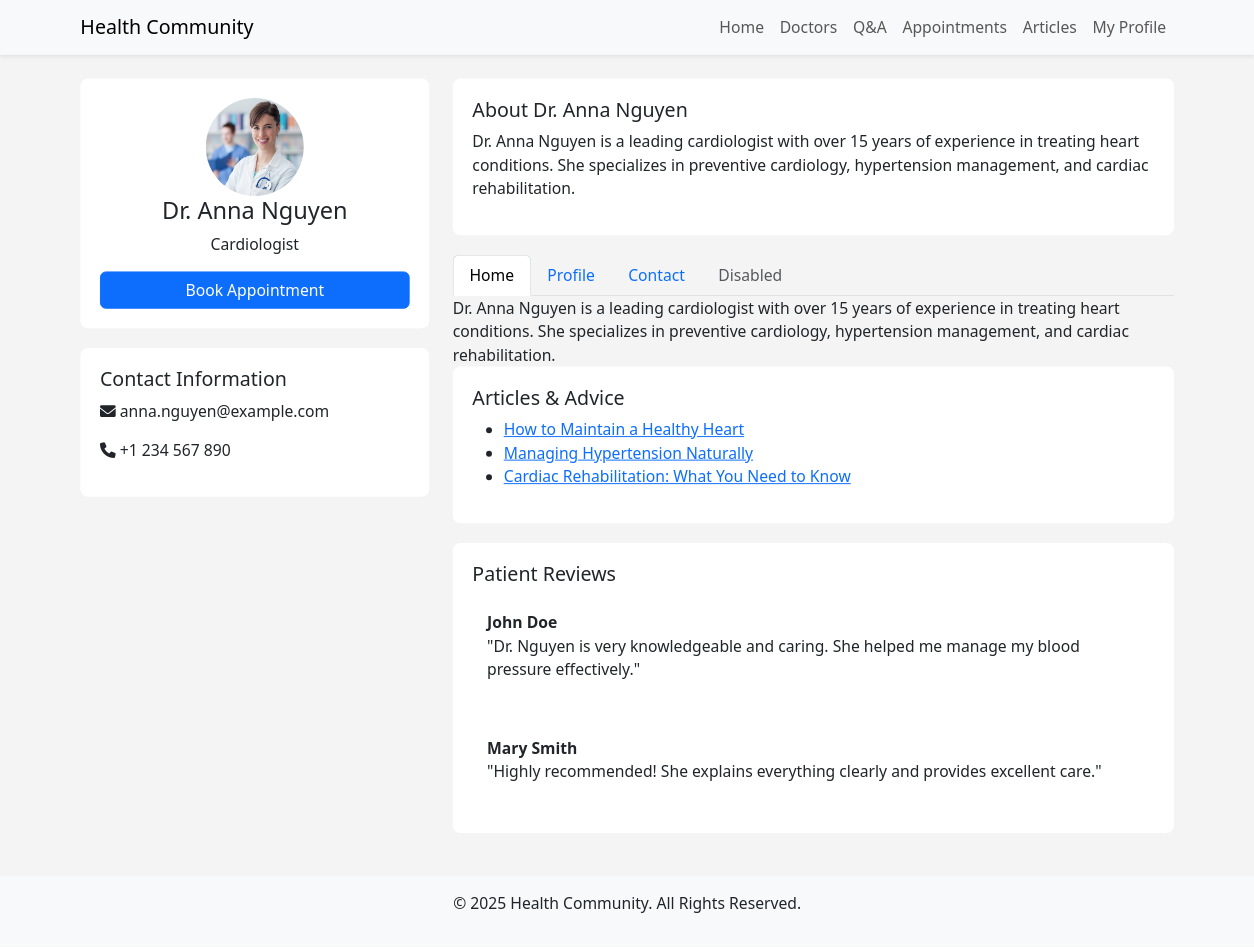
Repository: JonesKhaii/CodySocial
Page: tests/web-test/doctor-profile.html
The author's editor kept a copy of each file at every save. The page is drawn from the files as they stood at one save, then again after the next save.
The browser window is 1280 px wide. The pictures show the whole page, at 98% of full size.

Above is the page before, as saved 2025-02-10 03:01:43.

After the next save:
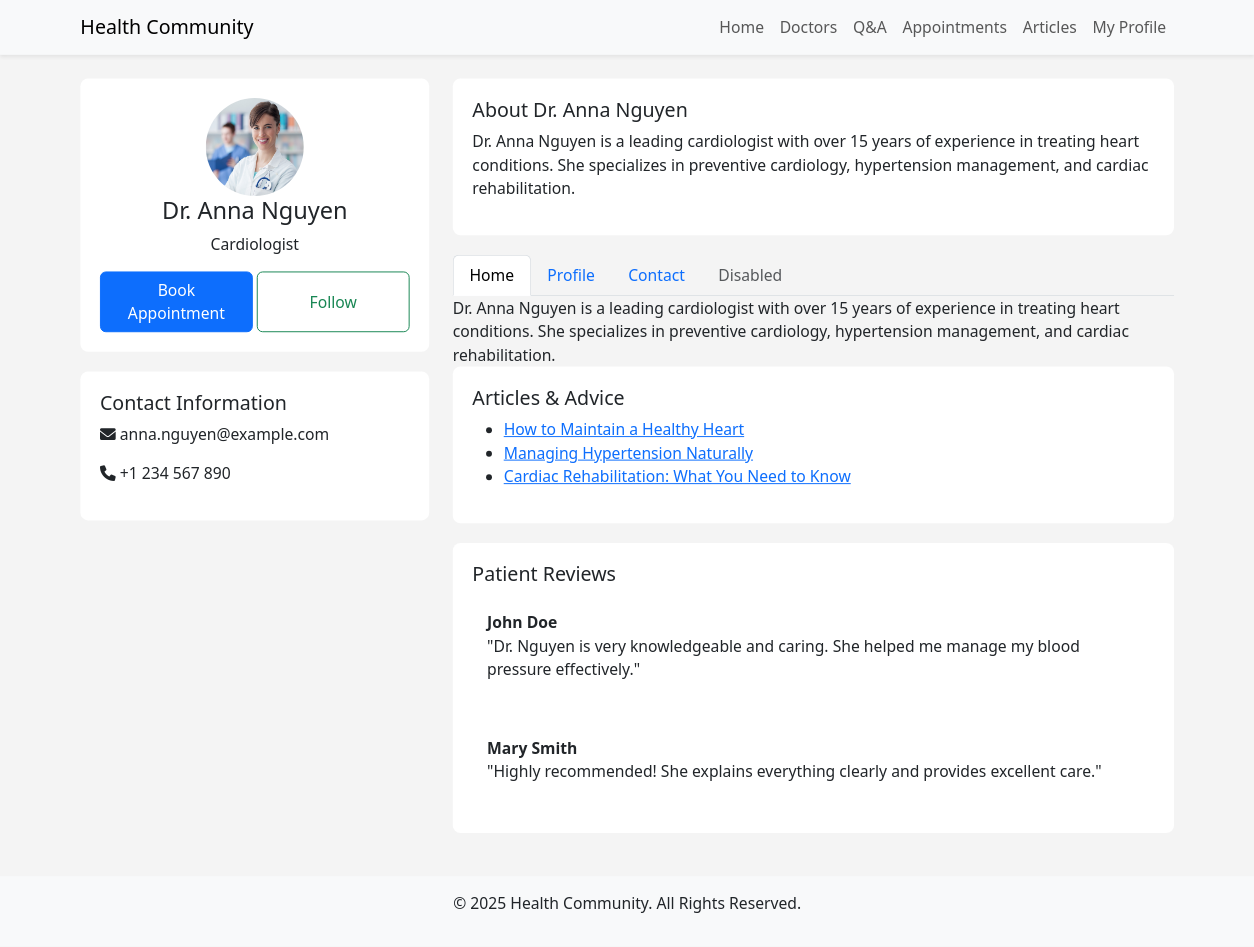
Saved 41 s later.
--- a/tests/web-test/doctor-profile.html
+++ b/tests/web-test/doctor-profile.html
@@ -83,9 +83,17 @@
                         />
                         <h4>Dr. Anna Nguyen</h4>
                         <p>Cardiologist</p>
-                        <button class="btn btn-primary w-100">
-                            Book Appointment
-                        </button>
+                        <div class="d-flex justify-content-between mt-2">
+                            <button class="btn btn-primary w-50 me-1">
+                                Book Appointment
+                            </button>
+                            <button
+                                class="btn btn-outline-success w-50 follow-btn"
+                                data-doctor="Dr. Anna Nguyen"
+                            >
+                                Follow
+                            </button>
+                        </div>
                     </div>
                     <div class="profile-card">
                         <h5>Contact Information</h5>
